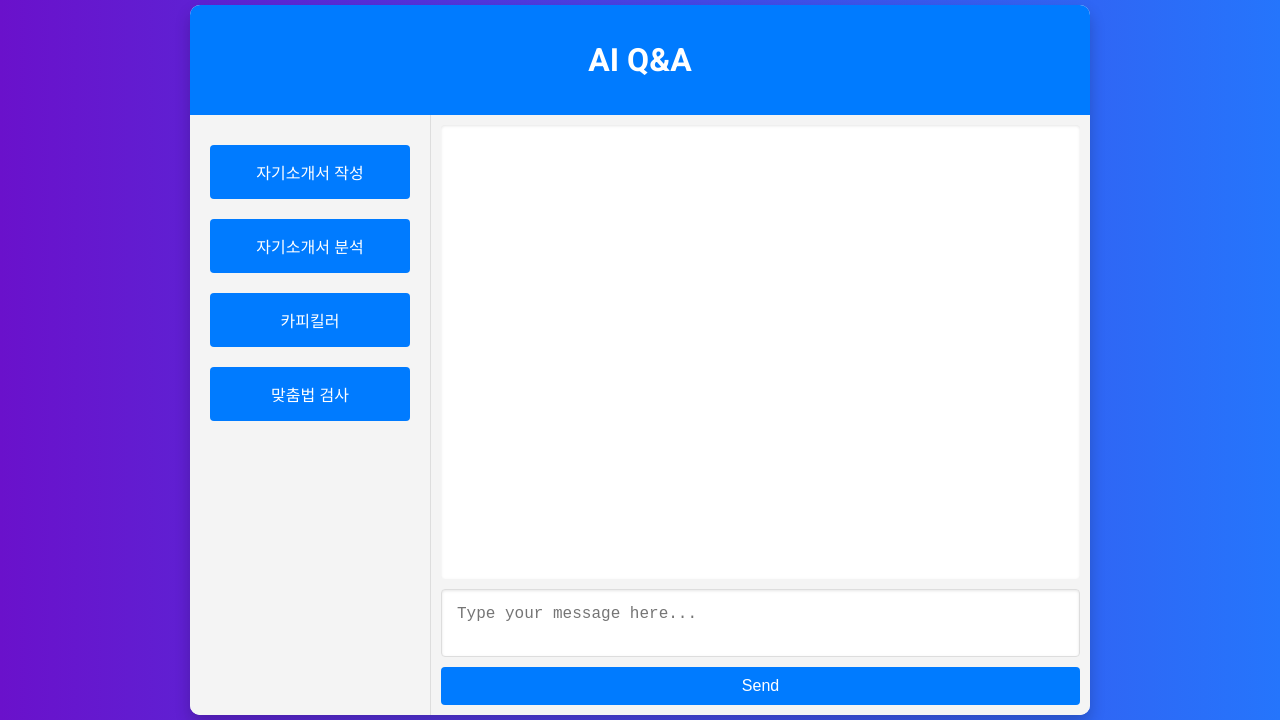
Repository: Choi9912/Flask_IntroduceGPT
Page: http://localhost/
An editor plug-in stored every save of this project. The page is shown before and after the next save, followed by the edit.
The browser window is 1280 px wide. The pictures show the whole page.
The page is served by the project's application, run on Flask 3 (app.py).

Above is the page before, as saved 2024-07-30 18:20:15.

After the next save:
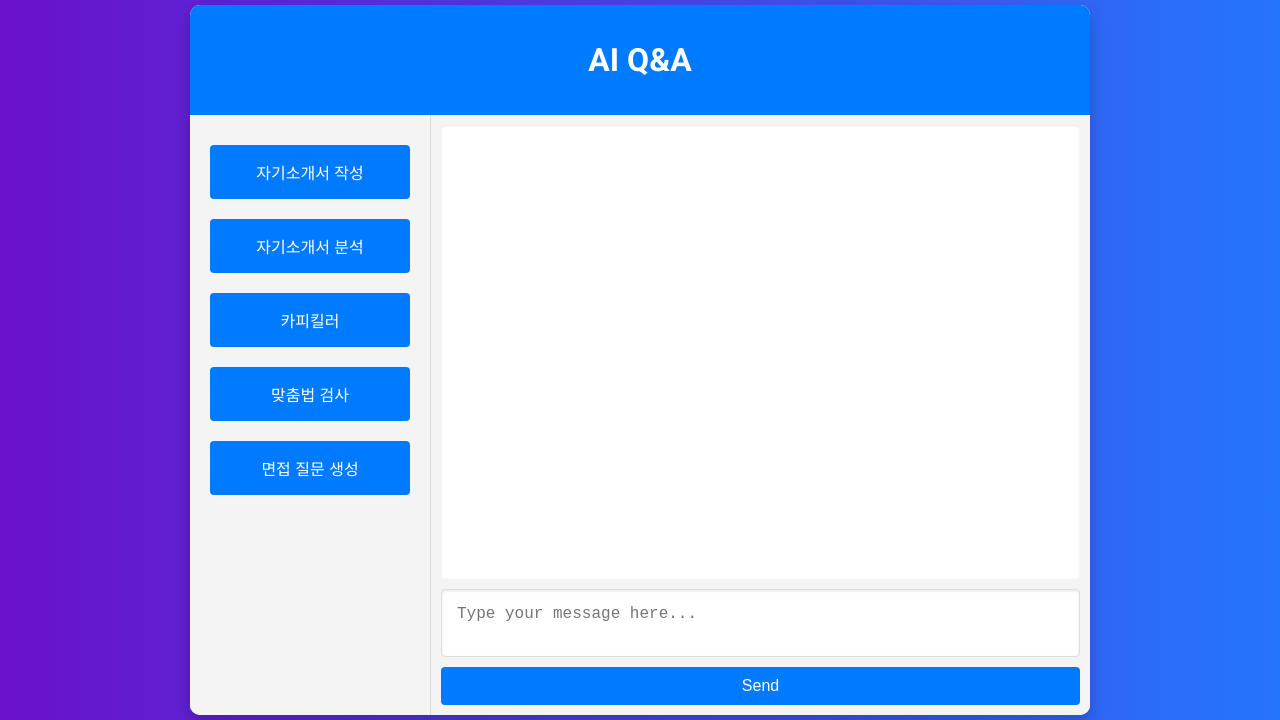
Saved 57 s later.
--- a/templates/index.html
+++ b/templates/index.html
@@ -18,10 +18,10 @@
                 <button class="sidebar-btn" id="analyzeBtn">자기소개서 분석</button>
                 <button class="sidebar-btn" id="plagiarismBtn">카피킬러</button>
                 <button class="sidebar-btn" id="spellCheckBtn">맞춤법 검사</button>
+                <button class="sidebar-btn" id="interviewQuestionsBtn">면접 질문 생성</button>
             </div>
             <div class="chat-container">
-                <div id="chat-box">
-                </div>
+                <div id="chat-box"></div>
                 <textarea id="inputArea" placeholder="Type your message here..." spellcheck="false"></textarea>
                 <button class="submit-btn" id="actionBtn">Send</button>
             </div>
